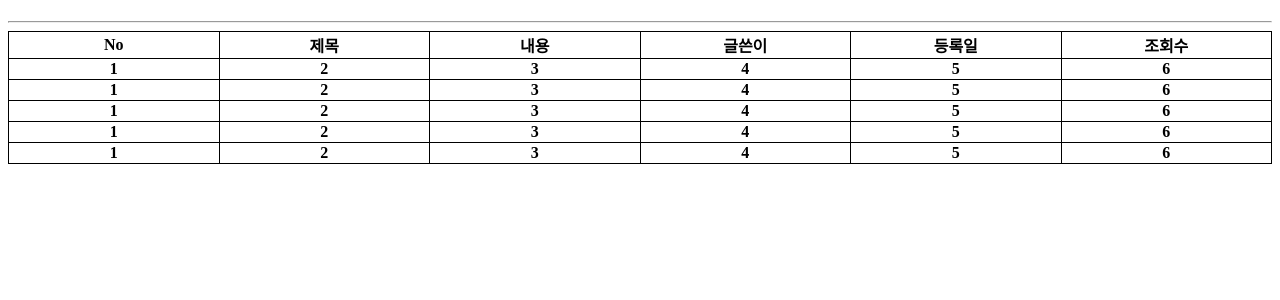
Repository: jeonghyunseok/GMSUI
Page: GMSUI/WebContent/board/board_list.html
An editor plug-in stored every save of this project. The page is shown before and after the next save, followed by the edit.
The browser window is 1280 px wide. The pictures show the whole page.

Above is the page before, as saved 2017-07-19 06:38:32.

After the next save:
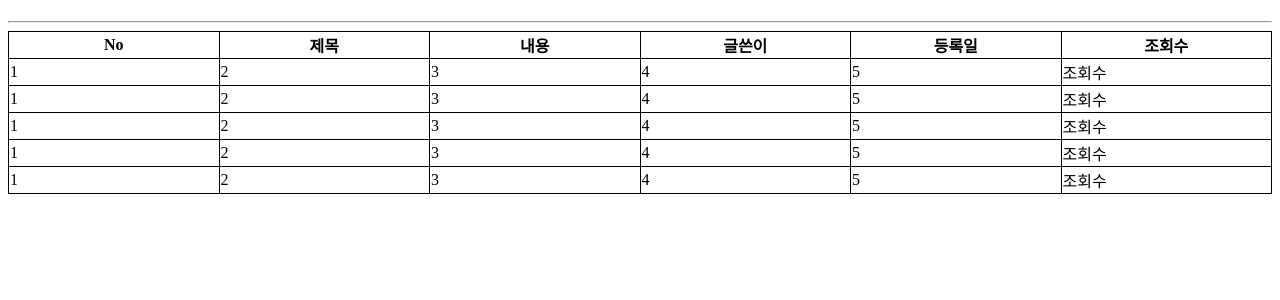
Saved 104 s later.
--- a/GMSUI/WebContent/board/board_list.html
+++ b/GMSUI/WebContent/board/board_list.html
@@ -17,44 +17,44 @@
 		<th style="border: 1px solid black;width: 10%;text-aline:center;">조회수</th>
 	</tr>
 	<tr>
-	<th style="border: 1px solid black;width: 10%;text-aline:center;">1</th>
-		<th style="border: 1px solid black;width: 10%;text-aline:center;">2</th>
-		<th style="border: 1px solid black;width: 10%;text-aline:center;">3</th>
-		<th style="border: 1px solid black;width: 10%;text-aline:center;">4</th>
-		<th style="border: 1px solid black;width: 10%;text-aline:center;">5</th>
-		<th style="border: 1px solid black;width: 10%;text-aline:center;">6</th>
+		<td style="border: 1px solid black;width: 10%;text-aline:center;">1</td>
+		<td style="border: 1px solid black;width: 10%;text-aline:center;">2</td>
+		<td style="border: 1px solid black;width: 10%;text-aline:center;">3</td>
+		<td style="border: 1px solid black;width: 10%;text-aline:center;">4</td>
+		<td style="border: 1px solid black;width: 10%;text-aline:center;">5</td>
+		<td style="border: 1px solid black;width: 10%;text-aline:center;">조회수</td>
 	</tr>
 	<tr>
-			<th style="border: 1px solid black;width: 10%;text-aline:center;">1</th>
-		<th style="border: 1px solid black;width: 10%;text-aline:center;">2</th>
-		<th style="border: 1px solid black;width: 10%;text-aline:center;">3</th>
-		<th style="border: 1px solid black;width: 10%;text-aline:center;">4</th>
-		<th style="border: 1px solid black;width: 10%;text-aline:center;">5</th>
-		<th style="border: 1px solid black;width: 10%;text-aline:center;">6</th>
+		<td style="border: 1px solid black;width: 10%;text-aline:center;">1</td>
+		<td style="border: 1px solid black;width: 10%;text-aline:center;">2</td>
+		<td style="border: 1px solid black;width: 10%;text-aline:center;">3</td>
+		<td style="border: 1px solid black;width: 10%;text-aline:center;">4</td>
+		<td style="border: 1px solid black;width: 10%;text-aline:center;">5</td>
+		<td style="border: 1px solid black;width: 10%;text-aline:center;">조회수</td>
 	</tr>
 	<tr>
-		<th style="border: 1px solid black;width: 10%;text-aline:center;">1</th>
-		<th style="border: 1px solid black;width: 10%;text-aline:center;">2</th>
-		<th style="border: 1px solid black;width: 10%;text-aline:center;">3</th>
-		<th style="border: 1px solid black;width: 10%;text-aline:center;">4</th>
-		<th style="border: 1px solid black;width: 10%;text-aline:center;">5</th>
-		<th style="border: 1px solid black;width: 10%;text-aline:center;">6</th>
+		<td style="border: 1px solid black;width: 10%;text-aline:center;">1</td>
+		<td style="border: 1px solid black;width: 10%;text-aline:center;">2</td>
+		<td style="border: 1px solid black;width: 10%;text-aline:center;">3</td>
+		<td style="border: 1px solid black;width: 10%;text-aline:center;">4</td>
+		<td style="border: 1px solid black;width: 10%;text-aline:center;">5</td>
+		<td style="border: 1px solid black;width: 10%;text-aline:center;">조회수</td>
 	</tr>
 	<tr>
-		<th style="border: 1px solid black;width: 10%;text-aline:center;">1</th>
-		<th style="border: 1px solid black;width: 10%;text-aline:center;">2</th>
-		<th style="border: 1px solid black;width: 10%;text-aline:center;">3</th>
-		<th style="border: 1px solid black;width: 10%;text-aline:center;">4</th>
-		<th style="border: 1px solid black;width: 10%;text-aline:center;">5</th>
-		<th style="border: 1px solid black;width: 10%;text-aline:center;">6</th>
+	<td style="border: 1px solid black;width: 10%;text-aline:center;">1</td>
+		<td style="border: 1px solid black;width: 10%;text-aline:center;">2</td>
+		<td style="border: 1px solid black;width: 10%;text-aline:center;">3</td>
+		<td style="border: 1px solid black;width: 10%;text-aline:center;">4</td>
+		<td style="border: 1px solid black;width: 10%;text-aline:center;">5</td>
+		<td style="border: 1px solid black;width: 10%;text-aline:center;">조회수</td>
 	</tr>
 	<tr>
-		<th style="border: 1px solid black;width: 10%;text-aline:center;">1</th>
-		<th style="border: 1px solid black;width: 10%;text-aline:center;">2</th>
-		<th style="border: 1px solid black;width: 10%;text-aline:center;">3</th>
-		<th style="border: 1px solid black;width: 10%;text-aline:center;">4</th>
-		<th style="border: 1px solid black;width: 10%;text-aline:center;">5</th>
-		<th style="border: 1px solid black;width: 10%;text-aline:center;">6</th>
+	<td style="border: 1px solid black;width: 10%;text-aline:center;">1</td>
+		<td style="border: 1px solid black;width: 10%;text-aline:center;">2</td>
+		<td style="border: 1px solid black;width: 10%;text-aline:center;">3</td>
+		<td style="border: 1px solid black;width: 10%;text-aline:center;">4</td>
+		<td style="border: 1px solid black;width: 10%;text-aline:center;">5</td>
+		<td style="border: 1px solid black;width: 10%;text-aline:center;">조회수</td>
 	</tr>
 </table>
 </body>
